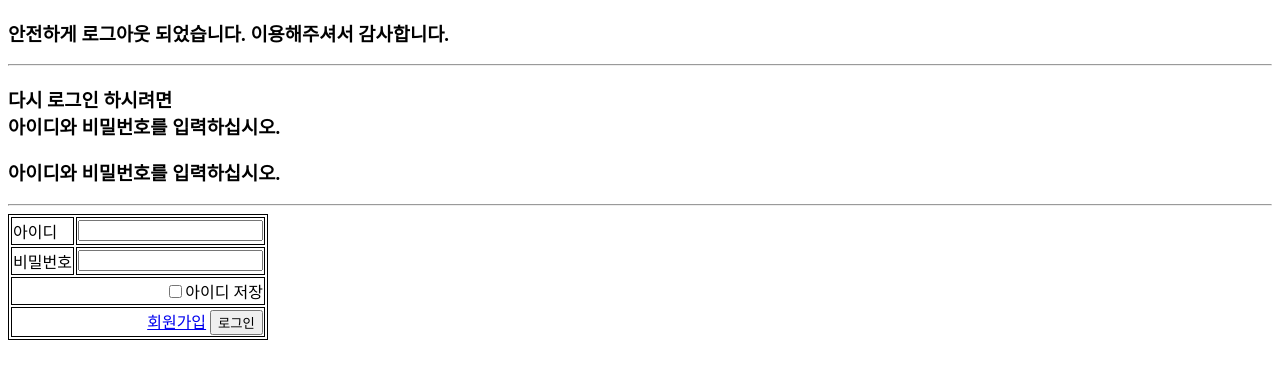
Repository: Gabintree/JDBC2019
Page: http://localhost/Oracle_20190522/chap10_logout.jsp
These files come from the project's save history. The page is drawn as it stood at one moment and after a run of saves; the edit follows.
The browser window is 1280 px wide. The pictures show the whole page.
The page is served by Tomcat 9.

Above is the page before, as saved 2019-05-23 05:46:57.

### Oracle_20190522/WebContent/chap10_logout.jsp
<%@ page language="java" contentType="text/html; charset=UTF-8"
    pageEncoding="UTF-8"%>
<!DOCTYPE html>
<html>
<head>
<meta charset="UTF-8">
<title>로그아웃</title>
</head>
<body>
<h3>안전하게 로그아웃 되었습니다. 이용해주셔서 감사합니다.</h3>
<hr>
<h3>다시 로그인 하시려면<br>아이디와 비밀번호를 입력하십시오.</h3>

<%
	pageContext.include("chap10_login.jsp");
%>

</body>
</html>

### Oracle_20190522/WebContent/chap10_login.jsp
<%@ page language="java" contentType="text/html; charset=UTF-8"
    pageEncoding="UTF-8"%>
<!DOCTYPE html>
<html>
<head>
<meta charset="UTF-8">
<title>로그인</title>
</head>
<style>
table, tr, td {
border : 1px solid black;
}
</style>
<body>

<h3>아이디와 비밀번호를 입력하십시오.</h3>
<hr>

<form action ="chap10_logined.jsp" method ="post">
	<table>
		<tr>
		<td>아이디</td><td><input type ="text" name="id"></td>
		</tr>
		<tr>
		<td>비밀번호</td><td><input type ="password" name="pw"></td>
		</tr>
		<tr>
		<td colspan = "2" style = 'text-align : right'><input type="checkbox" value ="아이디 저장">아이디 저장</td>
		</tr>
		<tr>
		<td colspan = "2" style = 'text-align : right'><a href = "chap10_joined.jsp">회원가입</a> <input type="submit" value="로그인"></td>
		</tr>


	</table>
</form>

</body>
</html>

After the next 2 saves:
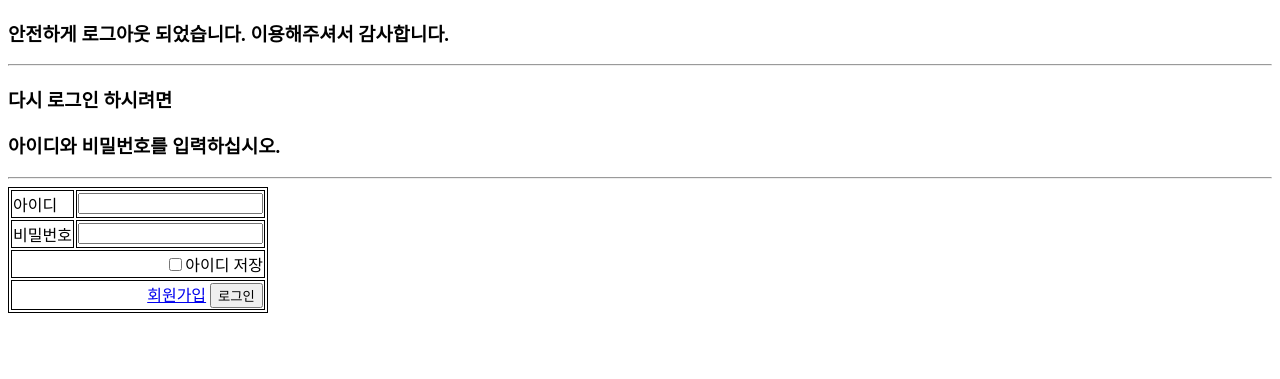
The 2 saves are shown as one change because they came seconds apart.
The last was saved 33 s later.
--- a/Oracle_20190522/WebContent/chap10_logout.jsp
+++ b/Oracle_20190522/WebContent/chap10_logout.jsp
@@ -9,7 +9,7 @@
 <body>
 <h3>안전하게 로그아웃 되었습니다. 이용해주셔서 감사합니다.</h3>
 <hr>
-<h3>다시 로그인 하시려면<br>아이디와 비밀번호를 입력하십시오.</h3>
+<h3>다시 로그인 하시려면</h3>
 
 <%
 	pageContext.include("chap10_login.jsp");
